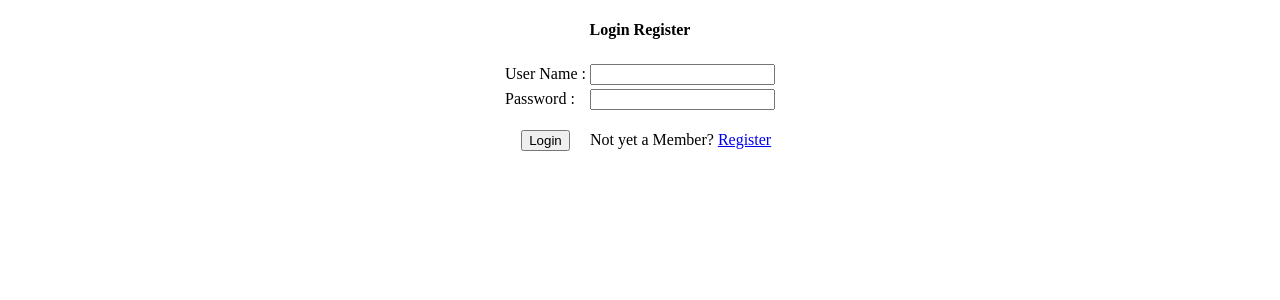
Repository: ShegokarSneha/Login-Registration
Page: http://localhost/LoginRegistration/
These files come from the project's save history. The page is drawn as it stood at one moment and after the next save; the edit follows.
The browser window is 1280 px wide. The pictures show the whole page.
The page is served by Tomcat 9.

Above is the page before, as saved 2019-07-09 05:46:07.

After the next save:
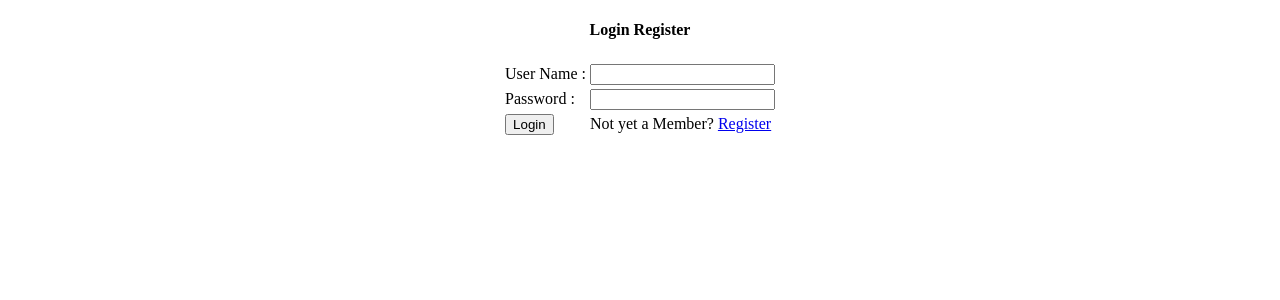
Saved 27 s later.
--- a/LoginRegistration/WebContent/Login.jsp
+++ b/LoginRegistration/WebContent/Login.jsp
@@ -22,7 +22,7 @@
 					<td><input type="password" name="password"></td>
 				</tr>
 				<tr>
-					<td><p align = "center"><input type="Submit" name="Submit" value="Login"></p></td>
+					<td><input type="Submit" name="Submit" value="Login"></td>
 					<td>Not yet a Member? <a href="Register.jsp">Register</a></td>
 				</tr>
 			</table>
